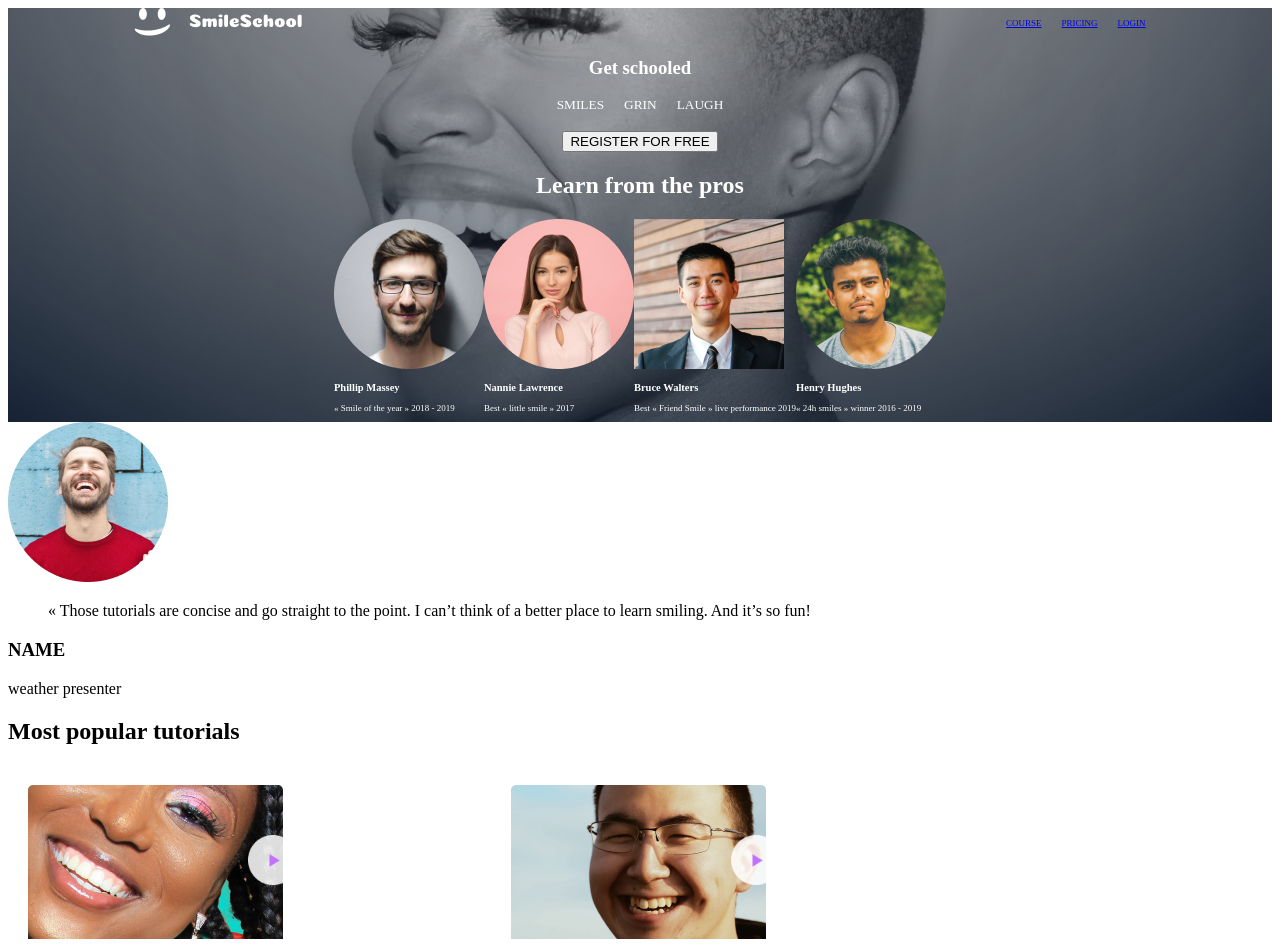
Repository: mwihakiann/alx_html_css
Page: css_advanced/index.html
These files come from the project's save history. The page is drawn as it stood at one moment and after a run of saves; the edit follows.
The browser window is 1280 px wide. The pictures show the part of the page from y = 0 to 952 px (the page is 3272 px tall).
A picture or video elsewhere on the page could not be fetched, so the positions and the page height are approximate. Some web libraries are served in a nearby version.

Above is the page before, as saved 2025-09-28 17:54:36.

### css_advanced/index.html
<!DOCTYPE html>
<html lang="en">
<head>
  <meta charset="UTF-8">
  <meta name="viewport" content="width=device-width, initial-scale=1.0">
  <script src="https://kit.fontawesome.com/4a2b055604.js" crossorigin="anonymous"></script>
  <title>Document</title>
  <link rel="stylesheet" href="styles.css">
</head>
<body>
    <section class="first-page">
  <header>
    <nav>
      <img src="./images/logo.png" alt="logo">
      <ul>
        <li><a href="#">COURSE</a></li>
        <li><a href="#">PRICING</a></li>
        <li><a href="#">LOGIN</a></li>
      </ul>
    </nav>
  </header>

  <main>
    <section>
      <div class="intro">
        <h1>Get schooled</h1>
        <div class="horizontal-stack">
        <span>SMILES</span>
        <span>GRIN</span>
        <span>LAUGH</span>
        </div>
        <br>
        <button>REGISTER FOR FREE</button>
      </div>
      <div class="learn-from-pros">
        <h2>Learn from the pros</h2>
        <div class="pros">
          <div>
            <img src="./images/1.png" alt="">
            <h3>Phillip Massey</h3>
            <p>« Smile of the year » 2018 - 2019</p>
          </div>
          <div>
            <img src="./images/3.png" alt="">
            <h3>Nannie Lawrence</h3>
            <p>Best « little smile » 2017</p>
          </div>
          <div>
            <img src="./images/2.png" alt="">
            <h3>Bruce Walters</h3>
            <p>Best « Friend Smile » live performance 2019</p>
          </div>
          <div>
            <img src="./images/4.png" alt="">
            <h3>Henry Hughes</h3>
            <p>« 24h smiles » winner 2016 - 2019</p>
          </div>
        </div>
      </div>
    </section>
</section>

    <section>
      <div>
        <img src="./images/5.png" alt="image">
      </div>
      <div>
        <blockquote>« Those tutorials are concise and go straight to the point. I can’t think of a better place to learn smiling. And it’s so fun!</blockquote>
        <h3>NAME</h3>
        <p>weather presenter</p>
      </div>
    </section>

    <section>
      <h2>Most popular tutorials</h2>

      <div class="tutorial-card">
        <img src="./images/9.png" alt="Diagonal Smile">
        <img src="./images/play.png" alt="play button" class="play-btn">
        <h3>Diagonal Smile</h3>
        <p>Lorem ipsum dolor sit amet, consect adipiscing elit, sed do eiusmod.</p>
        <div>
          <img src="./images/1 (3).png" alt="">
          <h4>Phillip Massey</h4>
        </div>
        <div>
          <div><i class="fa-solid fa-star"></i></div>
          <div><i class="fa-solid fa-star"></i></div>
          <div><i class="fa-solid fa-star"></i></div>
          <div><i class="fa-solid fa-star"></i></div>
          <div><i class="fa-solid fa-star"></i></div>
        </div>
        <p>8 min</p>
      </div>

      <div class="tutorial-card">
        <img src="./images/6.png" alt="Happy Smile">
        <img src="./images/play.png" alt="play button" class="play-btn">
        <h3>Happy Smile</h3>
        <p>Lorem ipsum dolor sit amet, consect adipiscing elit, sed do eiusmod.</p>
        <div>
          <img src="./images/1 (3).png" alt="">
          <h4>Phillip Massey</h4>
        </div>
        <div>
          <div><i class="fa-solid fa-star"></i></div>
          <div><i class="fa-solid fa-star"></i></div>
          <div><i class="fa-solid fa-star"></i></div>
          <div><i class="fa-solid fa-star"></i></div>
          <div><i class="fa-solid fa-star"></i></div>
        </div>
        <p>8 min</p>
      </div>

      <div class="tutorial-card">
        <img src="./images/8.png" alt="Natural Smile">
        <img src="./images/play.png" alt="play button" class="play-btn">
        <h3>Natural Smile</h3>
        <p>Lorem ipsum dolor sit amet, consect adipiscing elit, sed do eiusmod.</p>
        <div>
          <img src="./images/1.png" alt="">
          <h4>Phillip Massey</h4>
        </div>
        <div>
          <div><i class="fa-solid fa-star"></i></div>
          <div><i class="fa-solid fa-star"></i></div>
          <div><i class="fa-solid fa-star"></i></div>
          <div><i class="fa-solid fa-star"></i></div>
          <div><i class="fa-solid fa-star"></i></div>
        </div>
        <p>8 min</p>
      </div>

      <div class="tutorial-card">
        <img src="./images/7.png" alt="Sad Smile">
        <img src="./images/play.png" alt="play button" class="play-btn">
        <h3>Sad Smile</h3>
        <p>Lorem ipsum dolor sit amet, consect adipiscing elit, sed do eiusmod.</p>
        <div>
          <img src="./images/1.png" alt="">
          <h4>Phillip Massey</h4>
        </div>
        <div>
          <div><i class="fa-solid fa-star"></i></div>
          <div><i class="fa-solid fa-star"></i></div>
          <div><i class="fa-solid fa-star"></i></div>
          <div><i class="fa-solid fa-star"></i></div>
          <div><i class="fa-solid fa-star"></i></div>
        </div>
        <p>8 min</p>
      </div>
    </section>

    <section>
      <h2>Free membership</h2>
      <div>
        <img src="./images/smile.png" alt="">
        <h3>Lorem Ipsum</h3>
        <p>Lorem ipsum dolor sit amet, consectetur adipiscing elit.</p>
      </div>
      <div>
        <img src="./images/smile.png" alt="">
        <h3>Lorem Ipsum</h3>
        <p>Lorem ipsum dolor sit amet, consectetur adipiscing elit.</p>
      </div>
      <div>
        <img src="./images/smile.png" alt="">
        <h3>Lorem Ipsum</h3>
        <p>Lorem ipsum dolor sit amet, consectetur adipiscing elit.</p>
      </div>
      <div>
        <img src="./images/smile.png" alt="">
        <h3>Lorem Ipsum</h3>
        <p>Lorem ipsum dolor sit amet, consectetur adipiscing elit.</p>
      </div>
      <button>REGISTER FOR FREE</button>
    </section>

    <section>
      <h2>F.A.Q</h2>
      <div>
        <div>
          <div>
            <h3>How does this work?</h3>
          </div>
          <div>
            Lorem ipsum dolor sit amet, consectetur adipiscing elit, sed do eiusmod tempor incididunt ut labore et dolore magna aliqua.
          </div>

          <div>
            <h3>How does this work?</h3>
          </div>
          <div>
            Lorem ipsum dolor sit amet, consectetur adipiscing elit, sed do eiusmod tempor incididunt ut labore et dolore magna aliqua.
          </div>
        </div>
        <div>
          <div>
            <h3>How does this work?</h3>
          </div>
          <div>
            Lorem ipsum dolor sit amet, consectetur adipiscing elit, sed do eiusmod tempor incididunt ut labore et dolore magna aliqua.
          </div>
          <div>
            <h3>How does this work?</h3>
          </div>
          <div>
            Lorem ipsum dolor sit amet, consectetur adipiscing elit, sed do eiusmod tempor incididunt ut labore et dolore magna aliqua.
          </div>
        </div>
      </div>
    </section>
  </main>

  <footer>
    <section>
      <div>
        <img src="./images/logo.png" alt="logo">
        <div>
          <i class="fa-brands fa-facebook"></i>
          <i class="fa-brands fa-twitter"></i>
          <i class="fa-brands fa-instagram"></i>
        </div>
      </div>
      <p>©smileschool 2020</p>
    </section>
  </footer>
</body>
</html>

### css_advanced/styles.css
nav ul{
    display: flex;
    gap: 20px;
    list-style: none;
    color: white;
    text-decoration: none;
}
nav{
    display: flex;
    justify-content: space-between;
    align-items: center;
    margin-left: 10%;
    margin-right: 10%;
    font-size: xx-small;
}
.first-page{
    background-image: url(./images/Object.png);
    background-size: cover;
    background-position: center;
    color: white;
}
.intro{
    display: flex;
    flex-direction: column;
    justify-content: center;
    align-items: center;
    gap: 0;
}
h1{
    font-size: 40;
}
.learn-from-pros{
    display: flex;
    flex-direction: column;
    justify-content: center;
    align-items: center;
    font-size: medium;
}
.pros{
    display: flex;
    font-size:xx-small;
}
.horizontal-stack{
   display: flex;
    gap: 20px;
    font-size: smaller;
}
.tutorial-card {
    position: relative;
    display: inline-block;
    margin: 20px;
  }

  .tutorial-card img {
    display: block;
  }

  .tutorial-card .play-btn {
    position: absolute;
    top: 50px;
    left: 50%;
    transform: translateX(-50 -50%);
    width: 50px;
    height: 50px;
    pointer-events: none;
  }

After the next 5 saves:
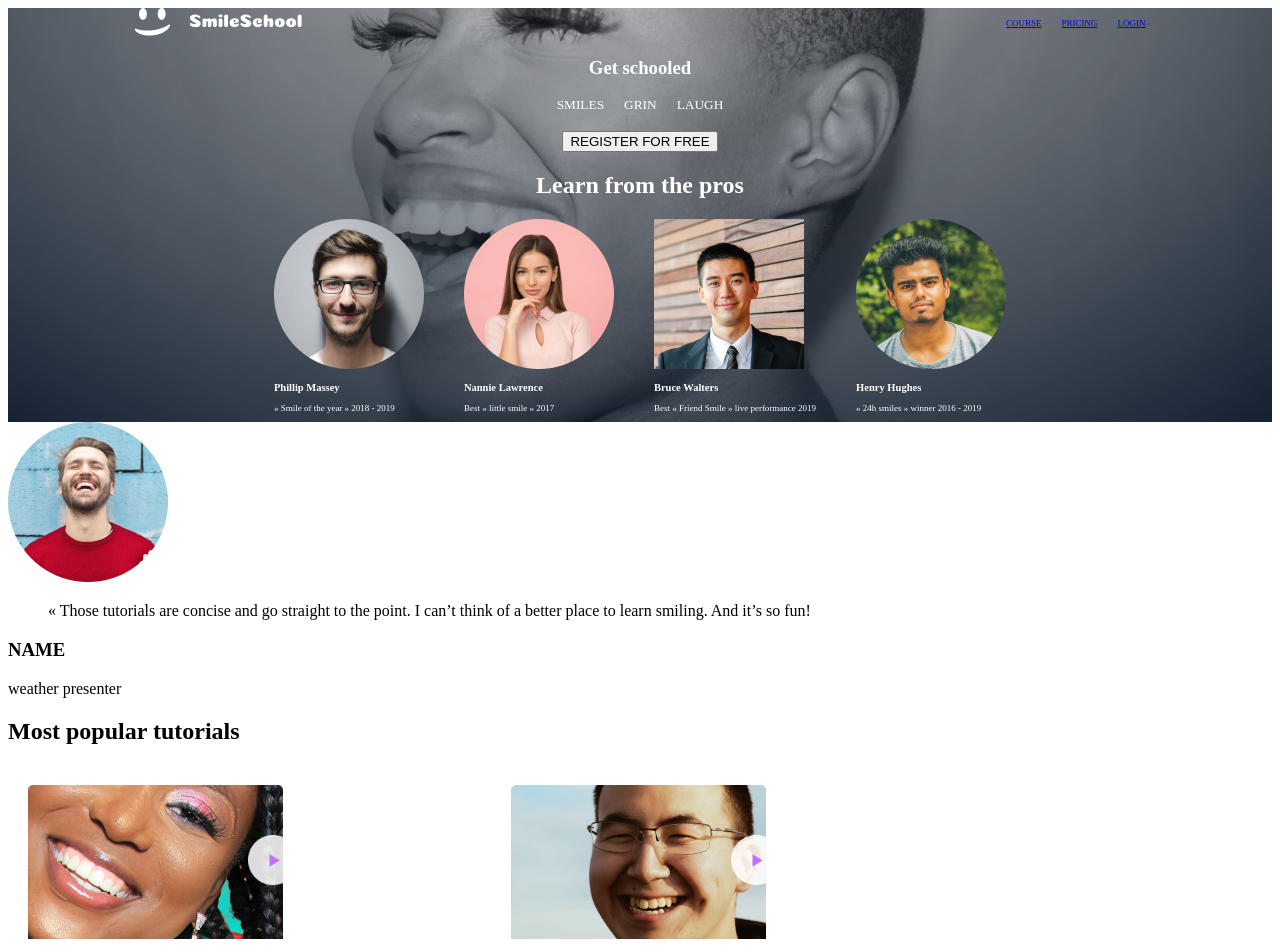
The 5 saves are shown as one change because they came seconds apart.
The last was saved 23 s later.
--- a/css_advanced/styles.css
+++ b/css_advanced/styles.css
@@ -39,6 +39,7 @@ h1{
 .pros{
     display: flex;
     font-size:xx-small;
+    gap: 40px;
 }
 .horizontal-stack{
    display: flex;
